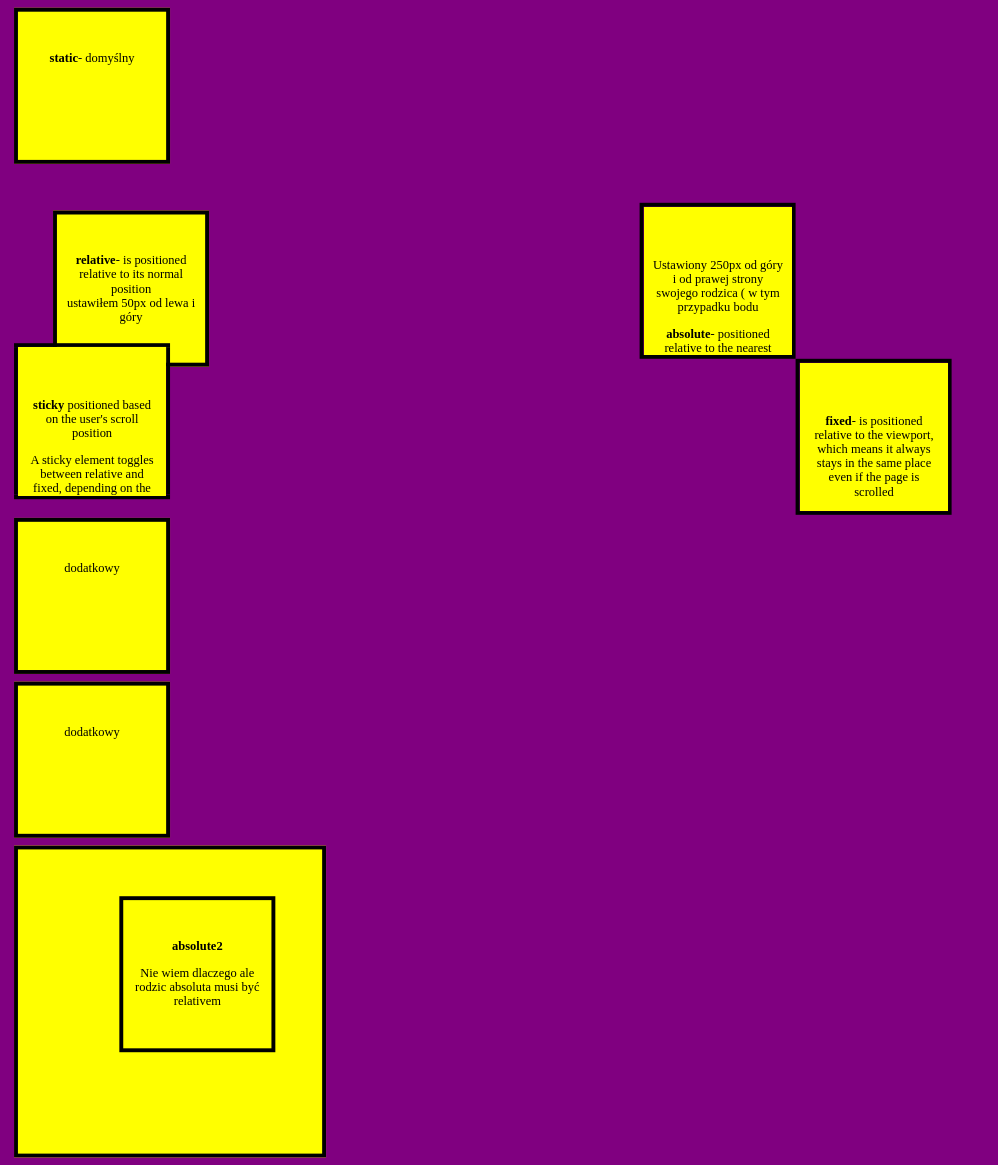
Repository: quenrythane/homepage
Page: CSS positions/CSS-positions.html
An editor plug-in stored every save of this project. The page is shown before and after the next save, followed by the edit.
The browser window is 1280 px wide. The pictures show the whole page, at 78% of full size.

Above is the page before, as saved 2020-10-11 04:18:54.

### CSS positions/CSS-positions.html
<!DOCTYPE html>
<html lang="en">
<head>
    <meta charset="UTF-8">
    <meta name="viewport" content="width=device-width, initial-scale=1.0">
    <title>CSS-positions</title>
    <link href="CSS-positions.css " rel="stylesheet" type="text/css">
</head>
<body >
    <div class="box static"><b>static</b>- domyślny</div>
    <div class="box relative"><b>relative</b>- is positioned relative to its normal position<br>
    ustawiłem 50px od lewa i góry</div>
    <div class="box fixed">
        <p><b>fixed</b>- is positioned relative to the viewport, which means it always stays in the same place even if the page is scrolled</p>
        <p>A fixed element does not leave a gap in the page where it would normally have been located</p>
        <p> Czyli ogólnie strona załaduje go w to miejsce jakby strona normalnie się ładowała i na koniec tak jakby przy klei go w to miejsce na ekranie, przez co nawet jak będziemy przewijać stronę to zostanie w tym samym miejscu ekranu (nie zmieni miejsca ani w wysokości ani w szerokośći)</p>
        <p> Chyba, że nadamy mu miejsce w którym ma się znaleźć, wtedy tak jakby nie jest brany pod uwagę w wstępnym layoucie strony, tylko dodawany na sam koniec (ja go ustawię w miejsce w prawym rogu po 50px od krawędzi)</p>
    </div>
    <div class="box absolute">
        <p>Ustawiony 250px od góry i od prawej strony swojego rodzica ( w tym przypadku bodu</p>
        <p><b>absolute</b>- positioned relative to the nearest positioned ancestor (instead of positioned relative to the viewport, like fixed).</p>

       <p> However; if an absolute positioned element has no positioned ancestors, it uses the document body, and moves along with page scrolling.</p>
       <p><b>Nie wiem czemu ale rodzic absoluta musi być relativem bo inaczej działa źle?</b></p>
        </div>
    <div class="box sticky">
        <p><b>sticky</b> positioned based on the user's scroll position</p>
        <p>A sticky element toggles between relative and fixed, depending on the scroll position. It is positioned relative until a given offset position is met in the viewport - then it "sticks" in place (like position:fixed</p>
        <p>koniecznie musisz napisać w którym momencie top ma się przykleić</p>

    </div>

    <div class="box">dodatkowy</div>
    <div class="box">dodatkowy</div>
    <div class="box box2">
        <div class="box absolute2">
            <b>absolute2</b>
            <p>Nie wiem dlaczego ale rodzic absoluta musi być relativem</p>
        </div>
    </div>

</body>
</html>

### CSS positions/CSS-positions.css
body {
    background: purple;
}

.box{
    box-sizing: border-box;
    background: yellow;
    width: 200px;
    height: 200px ;
    margin: 10px;
    text-align: center;
    padding: 10px ;
    padding-top: 50px;
    border: solid black 5px;
    overflow: scroll;
}

.box2 {
    position: relative;
    width: 400px;
    height: 400px;
}

.static{
    position: static;
}

.relative{
    position: relative;
    left: 50px;
    top: 50px;
}

.fixed{
    position: fixed;
    right: 50px;
    bottom: 50px;
}

.absolute{
    position: absolute;
    right: 250px;
    top: 250px;
}

.absolute2 {
    position: absolute;
    top: 50px;
    right: 50px;
}

.sticky{
    display: inline-block;
    top: 100px;
    right: 100px;
    position: sticky;
}

After the next save:
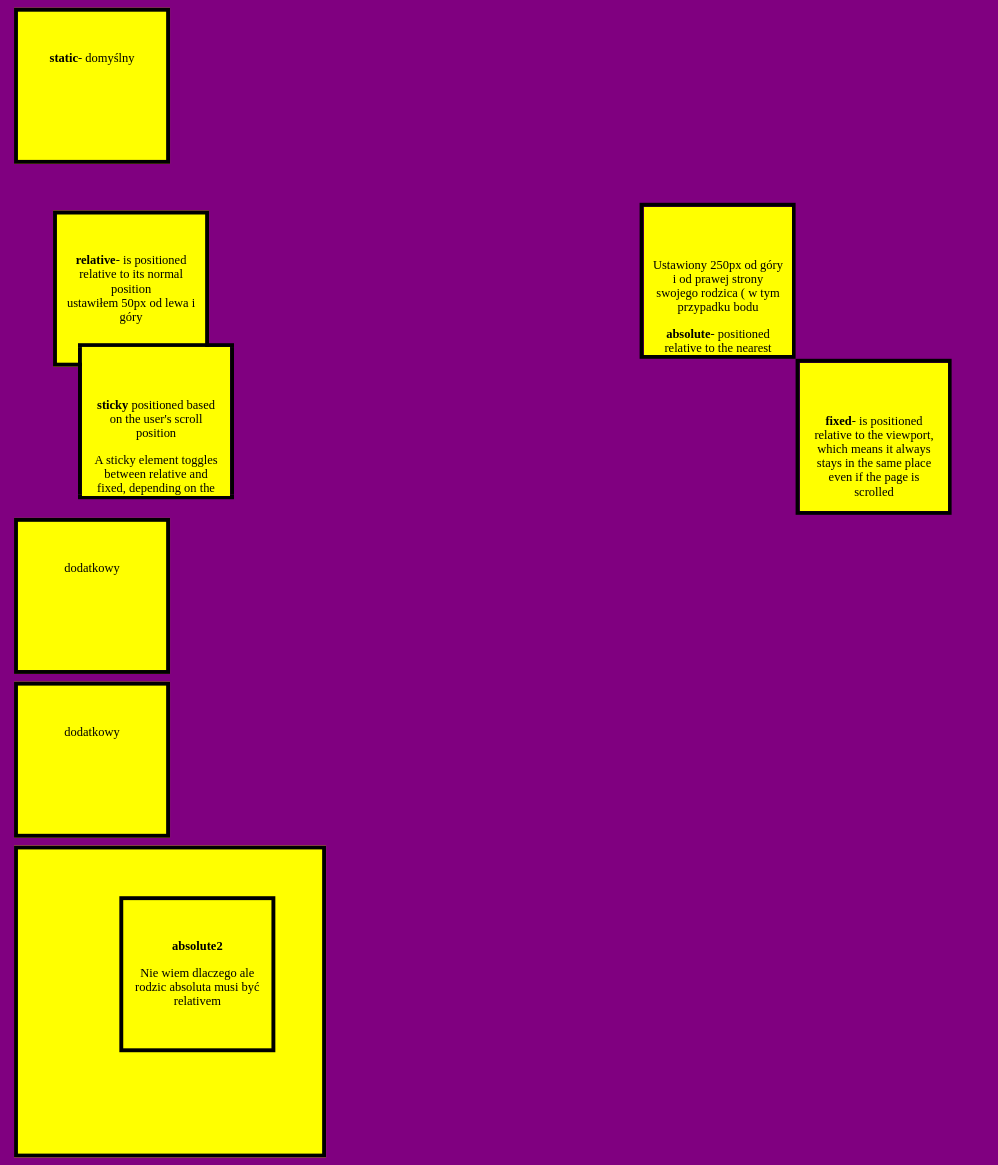
Saved 7 s later.
--- a/CSS positions/CSS-positions.css
+++ b/CSS positions/CSS-positions.css
@@ -52,6 +52,6 @@ body {
 .sticky{
     display: inline-block;
     top: 100px;
-    right: 100px;
+    left: 100px;
     position: sticky;
 }
